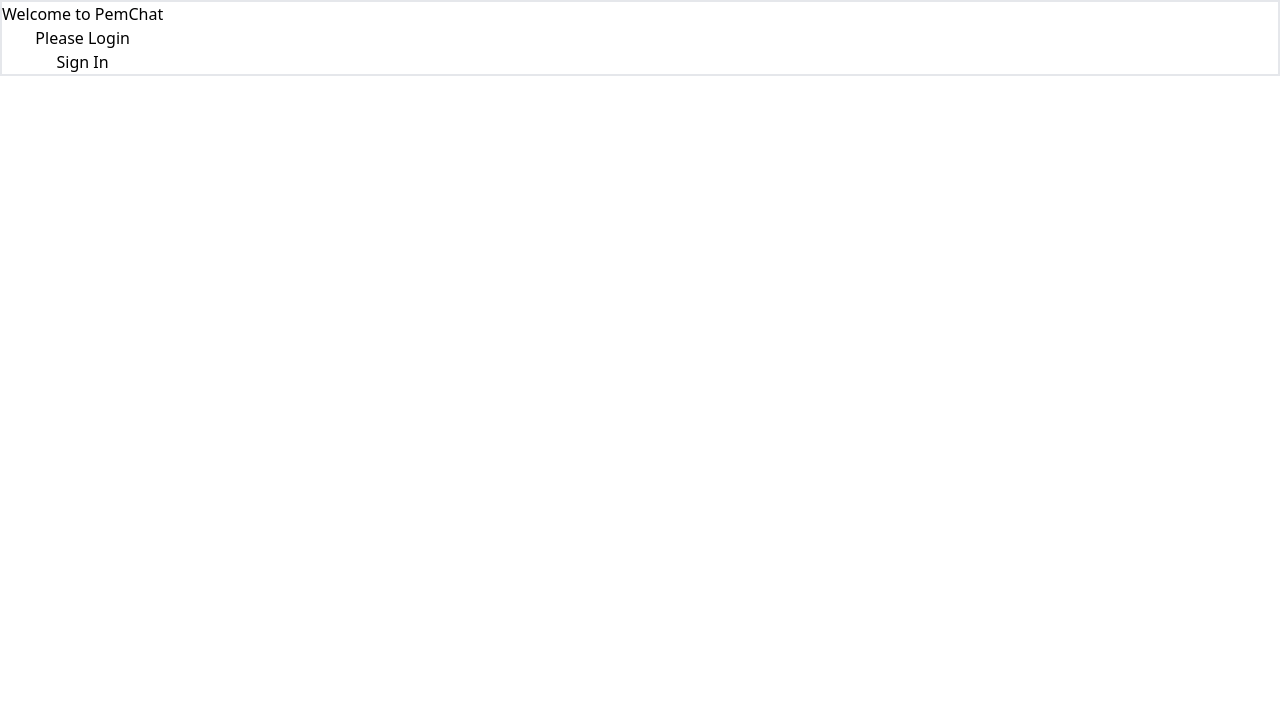
Repository: Semanmernstack/chat-mini
Page: /
The author's editor kept a copy of each file at every save. The page is drawn from the files as they stood at one save, then again after the next save.
The browser window is 1280 px wide. The pictures show the whole page.
The project was rebuilt for these pictures with package versions that can differ from the ones it lists, and the page was loaded fresh each time. Also part of the build but not shown: src/app/Sidebarlist.js, src/Sidebar.js, src/BodyHeader.js, src/Message.js, src/Body.js.

Above is the page before, as saved 2022-11-15 01:59:59.

### src/app/store.js
import { configureStore } from '@reduxjs/toolkit';
import userReducer from '../features/userSlice';


export const store = configureStore({
  reducer: {
    user: userReducer,

  },
});

### src/App.js
import React from 'react';
import logo from './logo.svg';

import Sidebar from './Sidebar';
import Body from './Body';
import { useSelector } from 'react-redux';
import { selectUser } from './features/userSlice';
import Login from './Login';


function App() {
  const user = useSelector(selectUser)
  return (

    <div className="flex  items-center    max-w-screen-xl mx-auto border-2">

       {user ? (
        <>
        <div className=" flex-[0.4] h-screen ">

        <Sidebar/>
      </div>
      <div className=" flex-[0.6] h-screen">
        <Body/>
      </div>
      </>

       ) : (
        <Login/>
       )}
    </div>
  );
}

export default App;

### src/features/userSlice.js
import {  createSlice } from '@reduxjs/toolkit';





export const userSlice = createSlice({
  name: 'user',
  initialState: {
    user: null,
  },

  reducers: {
    login: (state, action) => {

      state.user = action.payload;
    },
    logout: (state) => {
      state.user = null;
    },

  },
})

export const { login, logout } = userSlice.actions;


export const selectUser = (state) => state.user.user;



export default userSlice.reducer;

### src/Login.js
import React from 'react'

function Login() {
  return (
    <div className="flex flex-col text-center items-center justify-center">
        <div>
            <h1>Welcome to PemChat</h1>
            <h2>Please Login</h2>
        </div>
        <button>Sign In</button>
    </div>
  )
}

export default Login

Loaded but not shown: public/index.html (common file); src/index.js (common file); src/reportWebVitals.js (common file); src/index.css (common file); tailwind.config.js (common file)

After the next save:
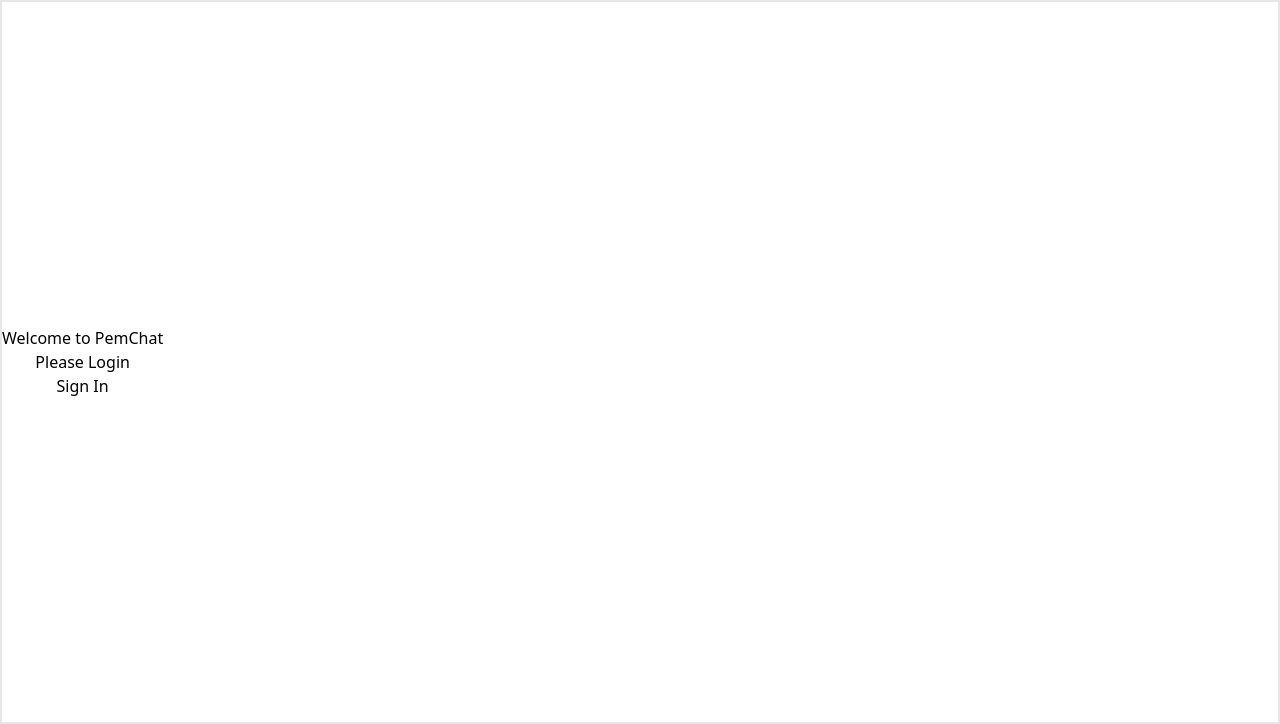
Saved 2 min 13 s later.
--- a/src/Login.js
+++ b/src/Login.js
@@ -2,7 +2,7 @@ import React from 'react'
 
 function Login() {
   return (
-    <div className="flex flex-col text-center items-center justify-center">
+    <div className="flex flex-col text-center items-center h-screen justify-center">
         <div>
             <h1>Welcome to PemChat</h1>
             <h2>Please Login</h2>
